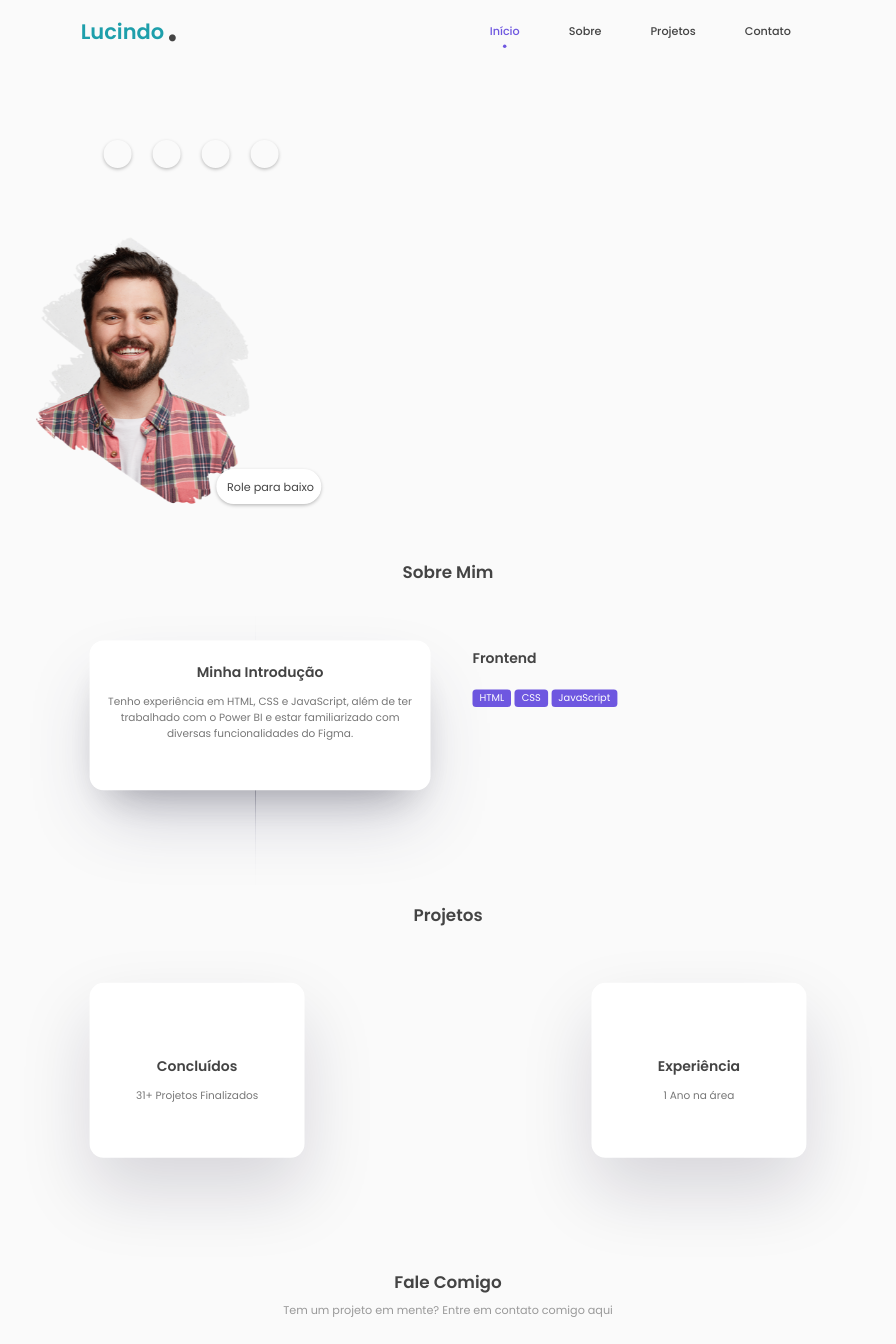
Repository: Matheus904-12/PrePortf
Page: index.html
These files come from the project's save history. The page is drawn as it stood at one moment and after the next save; the edit follows.
The browser window is 1280 px wide. The pictures show the part of the page from y = 0 to 1920 px (the page is 2683 px tall before and 2733 px after), at 70% of full size.
Some icons come from a web library that is not loaded, so they are not drawn.

Above is the page before, as saved 2023-09-29 12:10:21.

After the next save:
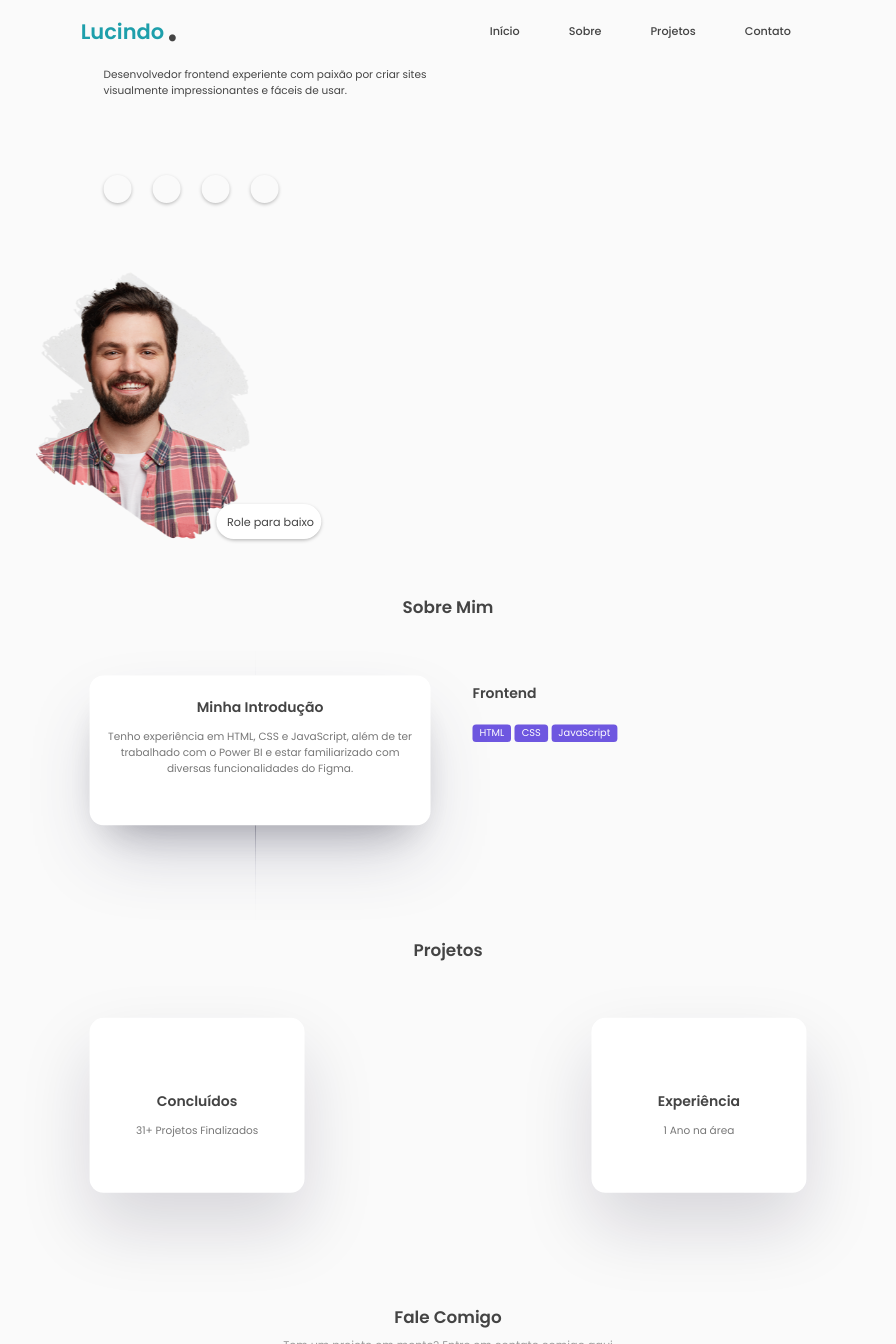
Saved 2 min 2 s later.
--- a/index.html
+++ b/index.html
@@ -52,6 +52,7 @@
         <!-- -------------- PRINCIPAL ---------------- -->
         <main class="wrapper">
             <!-- -------------- DESTAQUE ---------------- -->
+            <br><br><b></b>
             <section class="featured-box" id="home">
                 <div class="featured-text">
                     <div class="featured-text-card">
